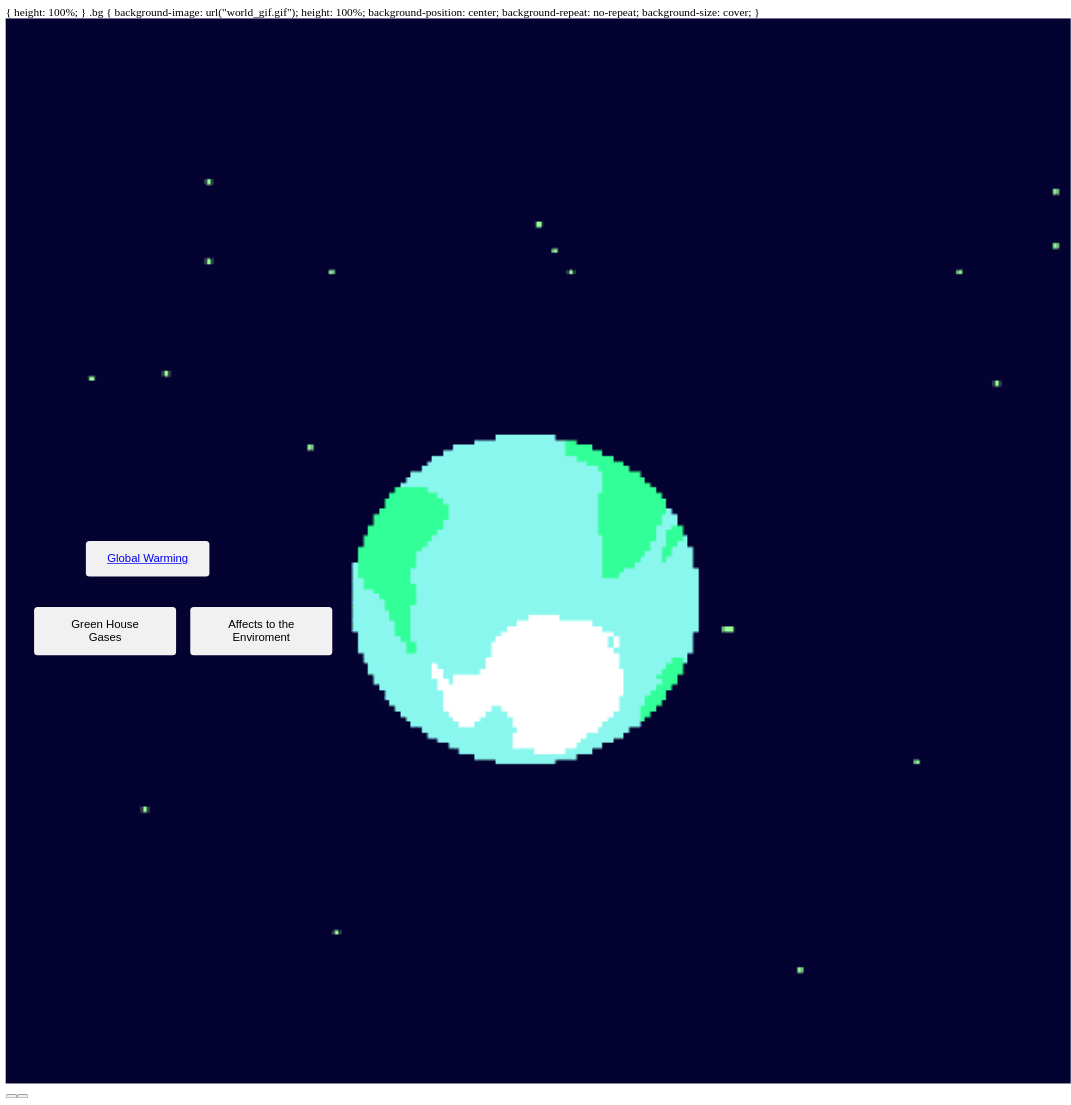
Repository: Alejandra-Pelayo/Alejandra-Pelayo.github.io
Page: 2.1.4/button_example.html
The author's editor kept a record of every edit. The page is drawn from the files as they stood at one moment, then again after the next edit.
The browser window is 1280 px wide. The page is 1508 px wide, so the pictures cover 1508 px, including what lies to the right of the window. The pictures show the whole page, at 71% of full size.

Above is the page before.

After the next edit:
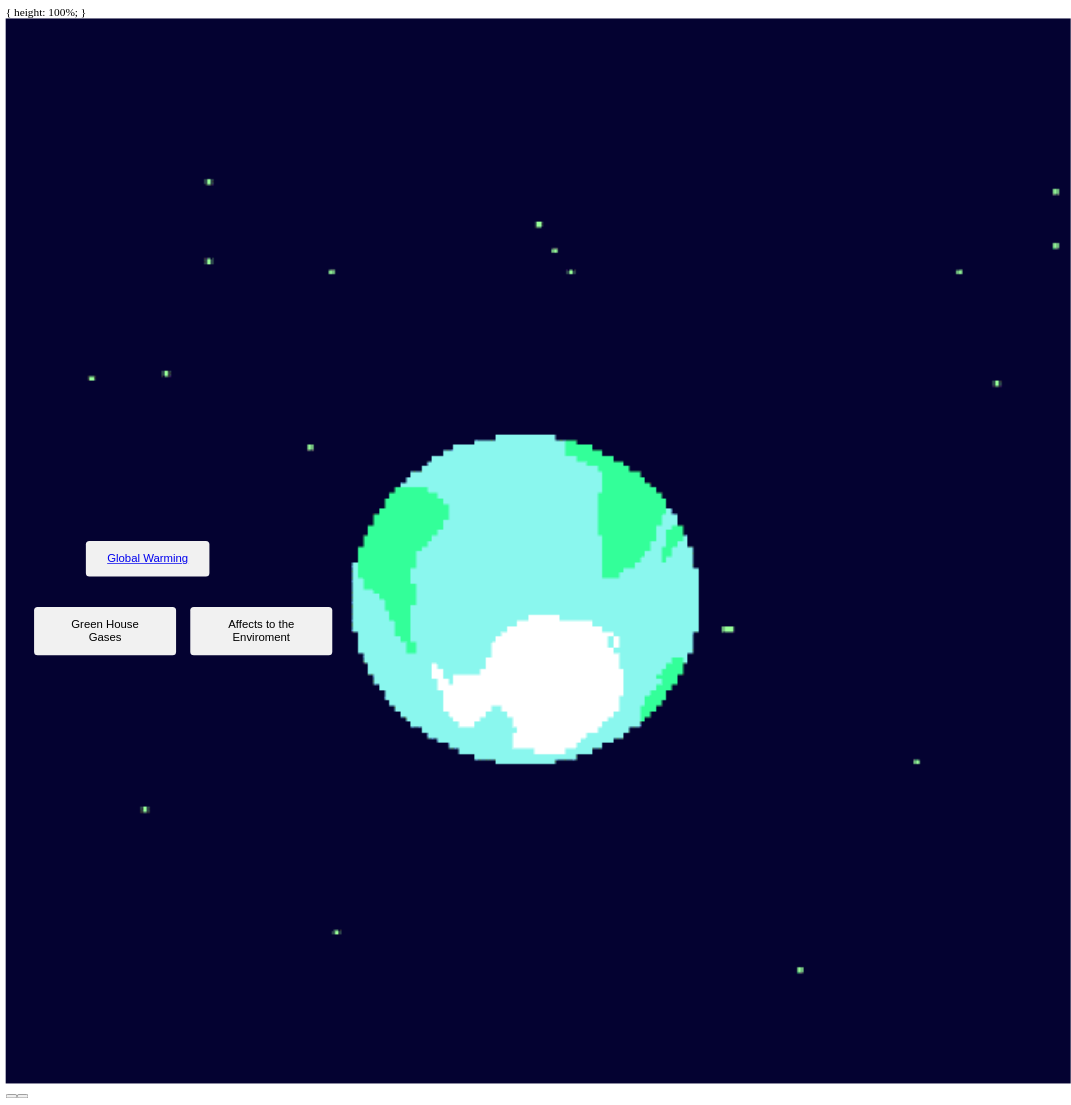
The edit:
--- a/2.1.4/button_example.html
+++ b/2.1.4/button_example.html
@@ -87,18 +87,6 @@
   height: 100%;
 }
 
-.bg {
-  background-image: url("world_gif.gif");
-
-
-  height: 100%;
-
-
-  background-position: center;
-  background-repeat: no-repeat;
-  background-size: cover;
-}
-
 
 <link href="button.css" rel="stylesheet" type="text/css">
 <div class="container">
